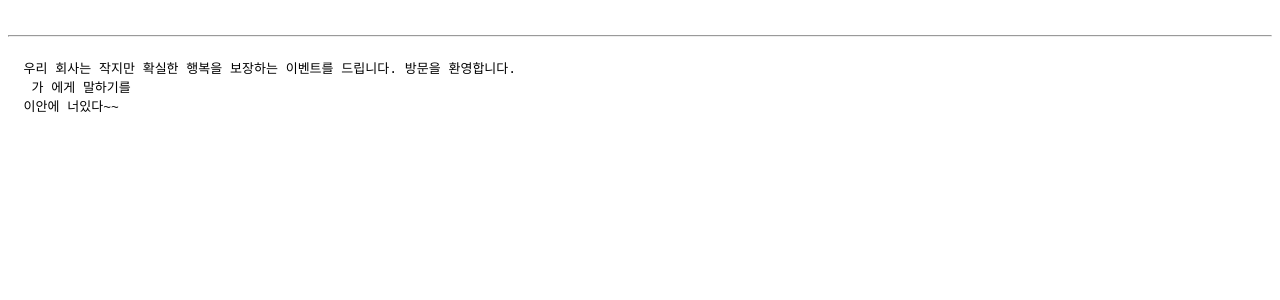
Repository: violetaplum/eclipseJSP
Page: http://localhost/JSP/200_includesub.jsp
An editor plug-in stored every save of this project. The page is shown before and after a run of saves, followed by the edit.
The browser window is 1280 px wide. The pictures show the whole page.
The page is served by Tomcat 9. Other server files are loaded and not shown.

Above is the page before, as saved 2019-06-07 10:45:51.

### JSP/WebContent/200_includesub.jsp
<%@ page language="java" contentType="text/html; charset=utf-8"
    pageEncoding="utf-8"%>
<!DOCTYPE html>
<html>
<head>
<meta charset="EUC-KR">
<title>include 지시어로 파일 포함 하기</title>
</head>
<body>
<pre>
  <hr />
  우리 회사는 작지만 확실한 행복을 보장하는 이벤트를 드립니다. 방문을 환영합니다.
  ${param.name1} 가 ${param.name2}에게 말하기를
  ${"이안에 너있다~~"}<br />


<%--
<%
  String name = request.getParameter("name");
  String name2 = request.getParameter("name2");
  out.println(name+"가 "+name2+"에게 말하기를~~~~"+"<br />");
  out.println("이안에 너있다~~~~~");
%> --%>

</pre>
</body>
</html>

After the next 2 saves:
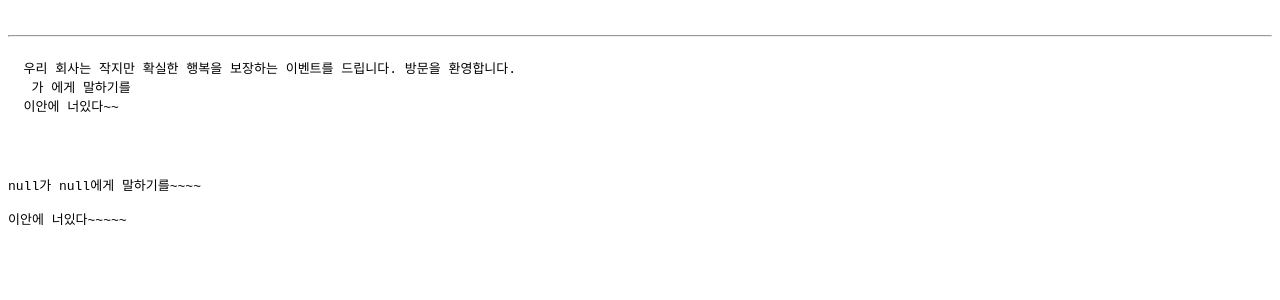
The 2 saves are shown as one change because they came seconds apart.
The last was saved 25 s later.
--- a/JSP/WebContent/200_includesub.jsp
+++ b/JSP/WebContent/200_includesub.jsp
@@ -14,13 +14,13 @@
   ${"이안에 너있다~~"}<br />
 
 
-<%--
+
 <%
   String name = request.getParameter("name");
   String name2 = request.getParameter("name2");
   out.println(name+"가 "+name2+"에게 말하기를~~~~"+"<br />");
   out.println("이안에 너있다~~~~~");
-%> --%>
+%>
 
 </pre>
 </body>
